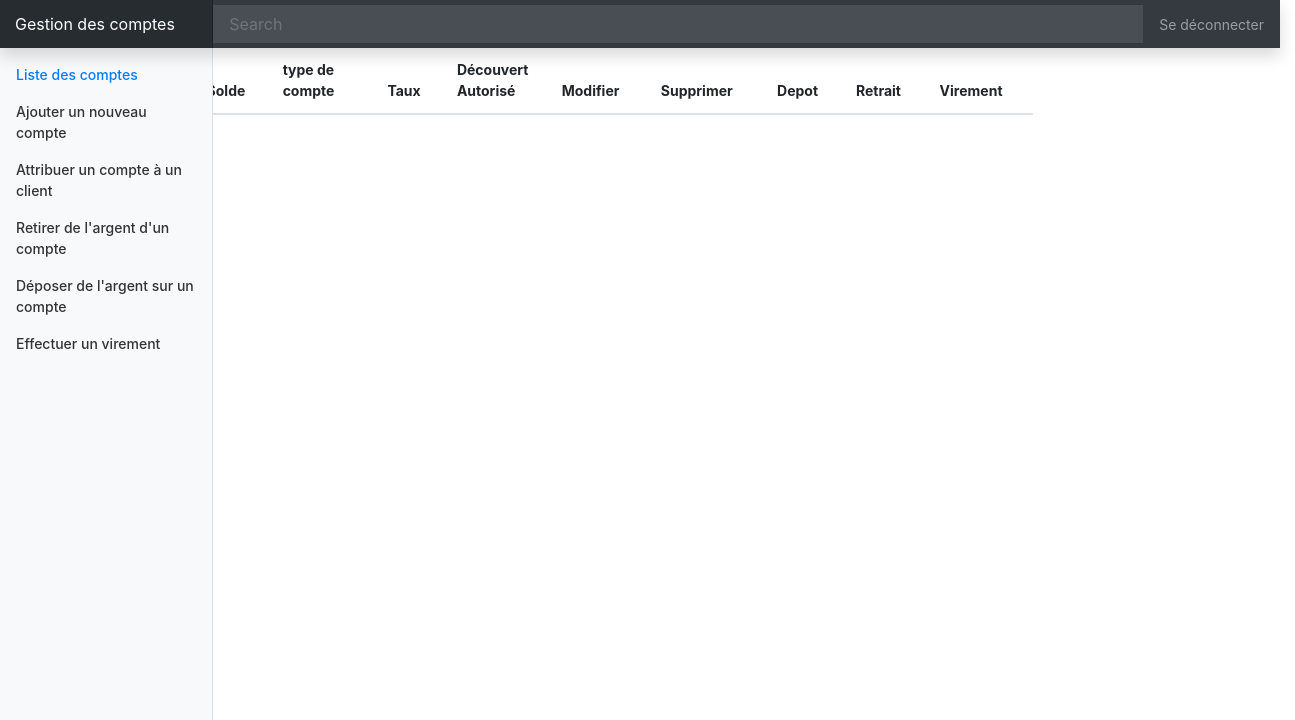
Repository: liiiseee/Projet
Page: http://localhost/02_projet_gestion_clients_compte/menu-comptes.jsp
The author's editor kept a copy of each file at every save. The page is drawn from the files as they stood at one save, then again after the next save.
The browser window is 1280 px wide. The page is 1295 px wide, so the pictures cover 1295 px, including what lies to the right of the window. The pictures show the whole page.
The page is served by Tomcat 9. The template is opened directly, without the code that normally fills it, so the values that code supplies are empty.

Above is the page before, as saved 2020-03-30 14:57:05.

After the next save:
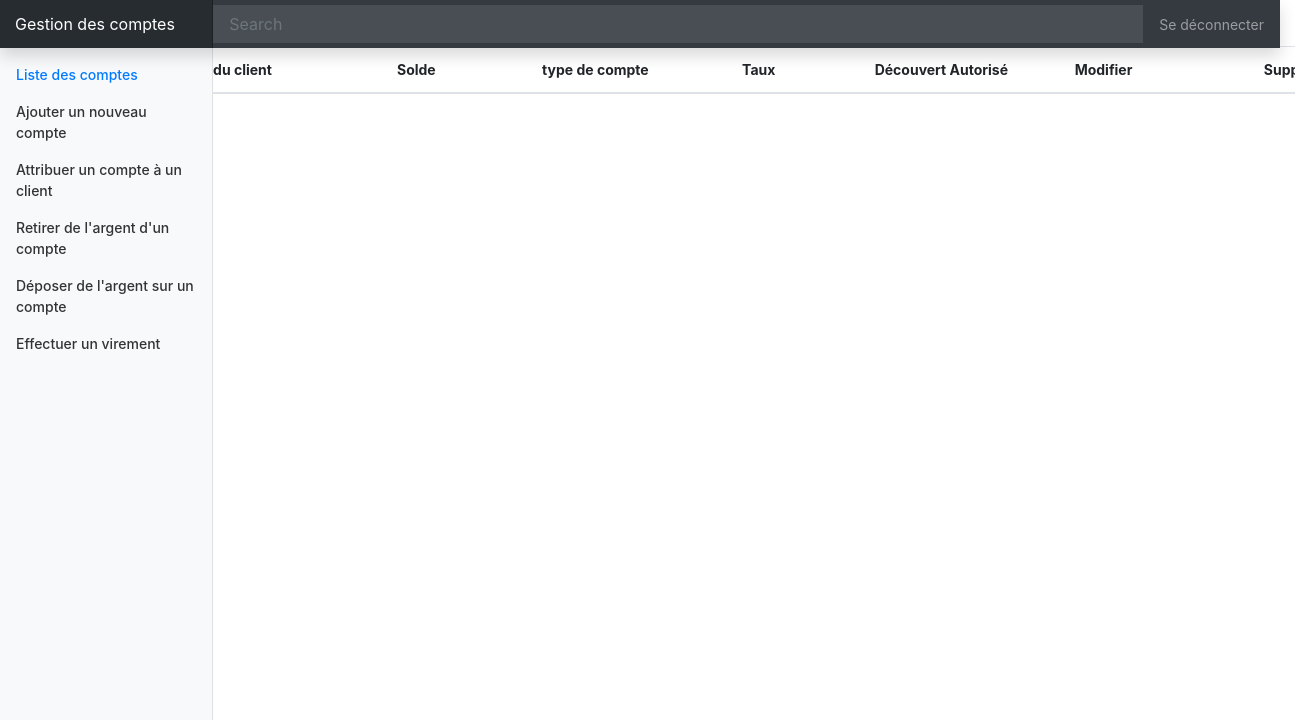
Saved 47 s later.
--- a/02_projet_gestion_clients_compte/WebContent/menu-comptes.jsp
+++ b/02_projet_gestion_clients_compte/WebContent/menu-comptes.jsp
@@ -100,7 +100,7 @@
    <h2>Liste des comptes</h2>
    <div class="row">
      <div class="table-responsive" >
-       <table  class="table table-striped" style="width: 80%;">
+       <table  class="table table-striped" style="width: 2000px;">
 
 
 
